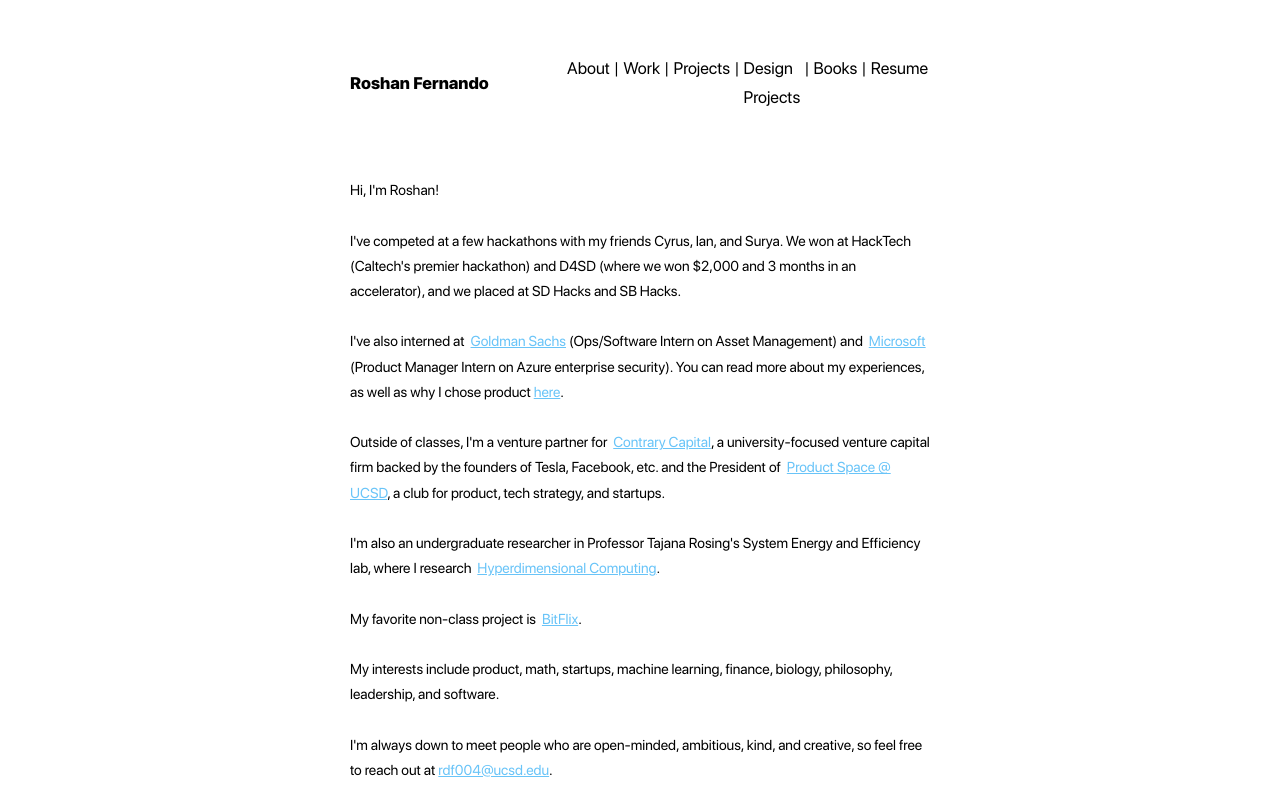
Repository: rdf004/rdf004.github.io
Page: /
These files come from the project's save history. The page is drawn as it stood at one moment and after the next save; the edit follows.
The browser window is 1280 px wide. The pictures show the whole page.
The project was rebuilt for these pictures with package versions that can differ from the ones it lists, and the page was loaded fresh each time. Also part of the build but not shown: src/Components/Work.js, src/Components/Projects.js, src/Components/Books.js, src/Components/Resume.js.

Above is the page before, as saved 2019-11-20 09:00:32.

After the next save:
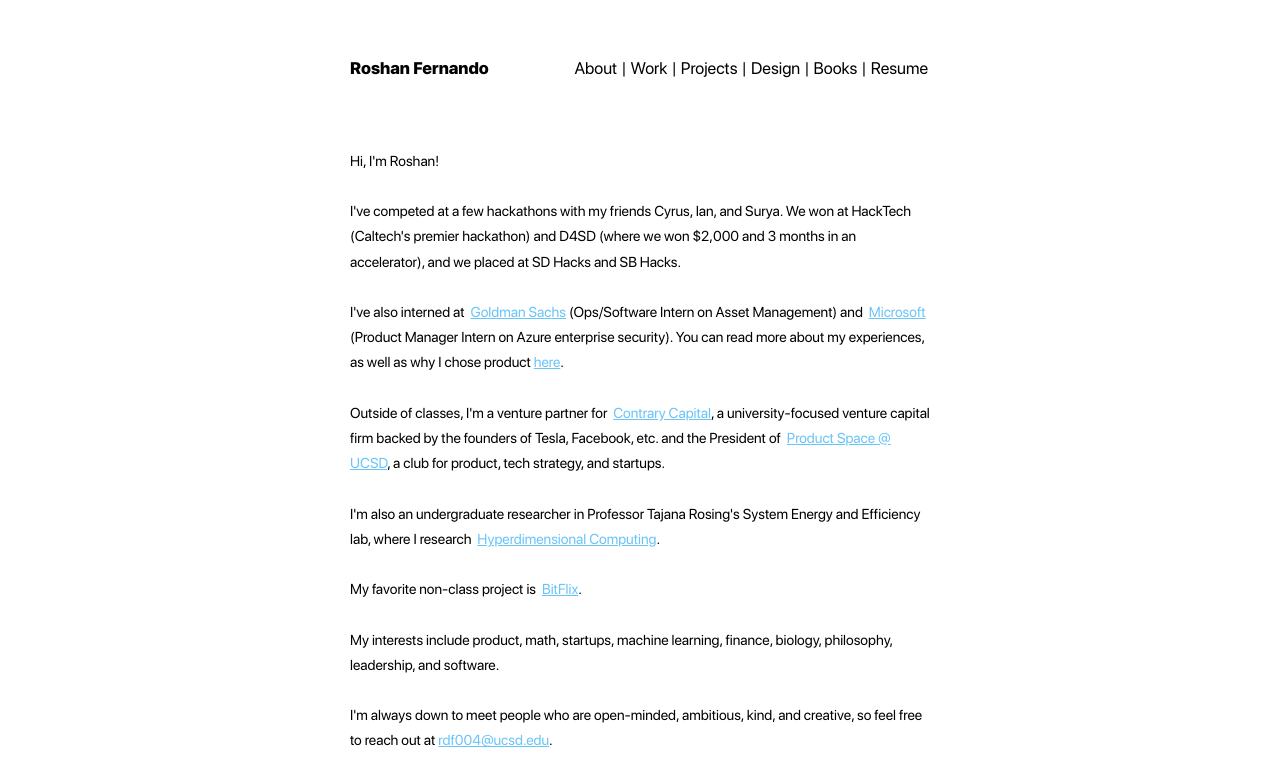
Saved 19 s later.
--- a/src/Components/Header.js
+++ b/src/Components/Header.js
@@ -15,7 +15,7 @@
                     <li>|</li>
                     <li><a className="list-item-a" href="/projects">Projects</a></li>
                     <li>|</li>
-                    <li><a className="list-item-a" href="/projects">Design Projects</a></li>
+                    <li><a className="list-item-a" href="/projects">Design</a></li>
                     <li>|</li>
                     <li><a className="list-item-a" href="/books">Books</a></li>
                     <li>|</li>
